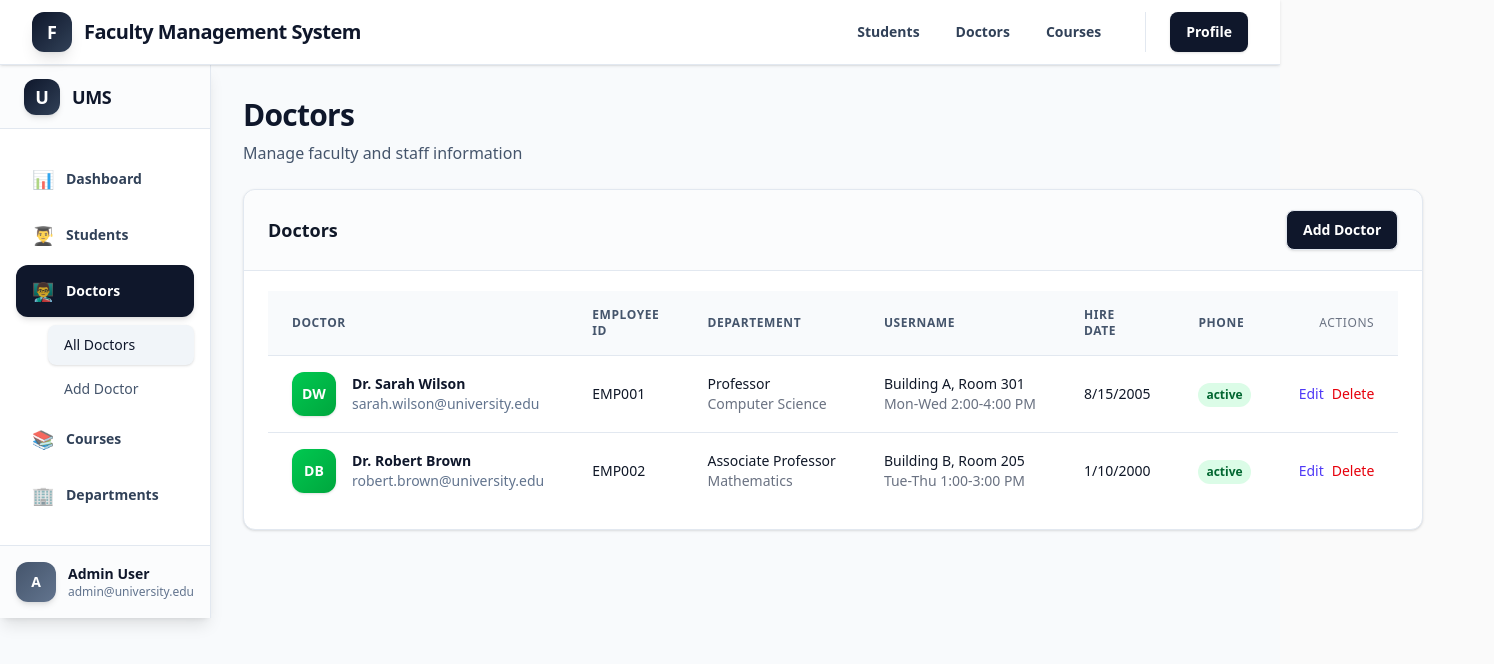
Repository: Mohamedmohsen179/Advanced-DB-Task
Page: /doctors (app in frontend/)
An editor plug-in stored every save of this project. The page is shown before and after the next save, followed by the edit.
The browser window is 1280 px wide. The page is 1455 px wide, then 1494 px, so the pictures cover 1494 px, including what lies to the right of the window. The pictures show the whole page.
The project was rebuilt for these pictures with package versions that can differ from the ones it lists, and the page was loaded fresh each time. The framework's server and built-in components were replaced by stand-ins that run in the browser. Settings that the repository does not hold, such as keys and server addresses, were given made-up values. Also part of the build but not shown: frontend/next.config.ts.

Above is the page before, as saved 2025-11-28 16:49:05.

After the next save:
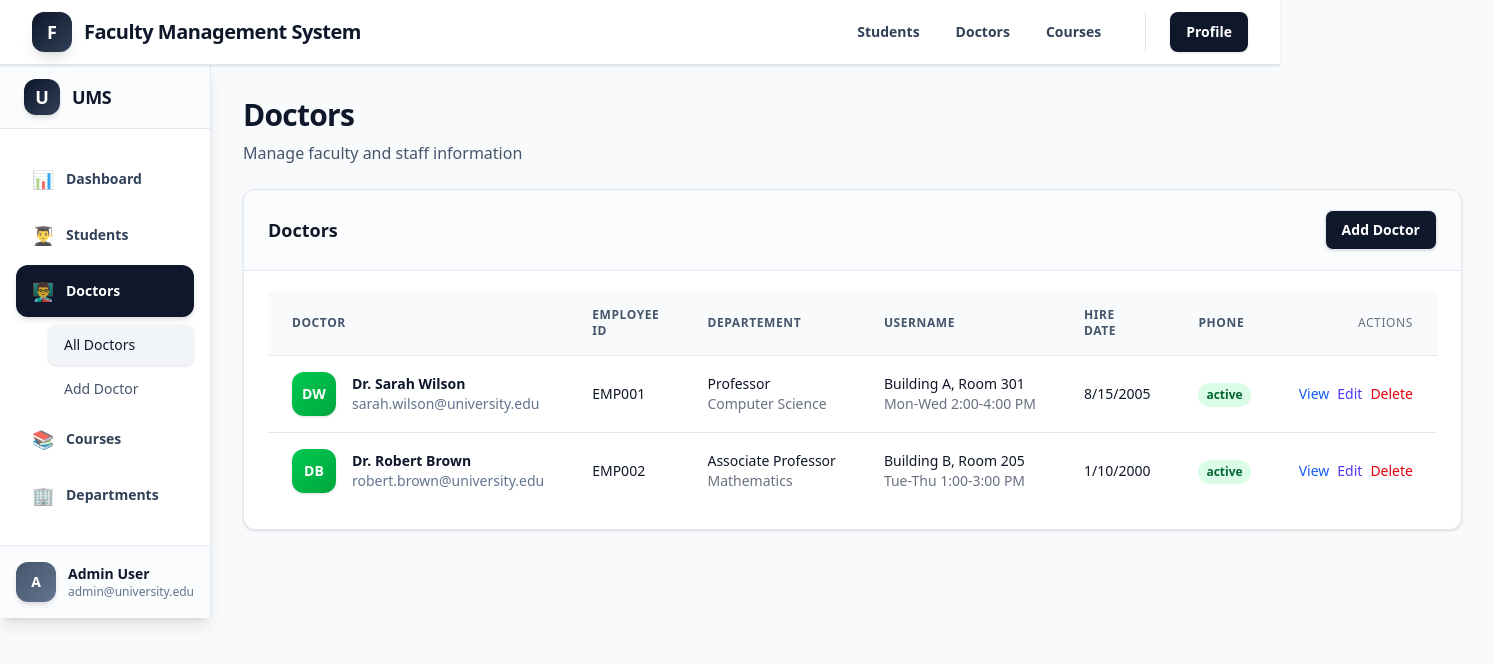
Saved 79 s later.
--- a/frontend/components/doctors/DoctorTable.tsx
+++ b/frontend/components/doctors/DoctorTable.tsx
@@ -144,6 +144,12 @@ export default function DoctorTable({
                     </span>
                   </td>
                   <td className="px-6 py-4 whitespace-nowrap text-right text-sm font-medium space-x-2">
+                    <Link
+                      href={`/doctors/${doctor.id}`}
+                      className="text-blue-600 hover:text-blue-900"
+                    >
+                      View
+                    </Link>
 
                     {onEdit && (
                       <button
